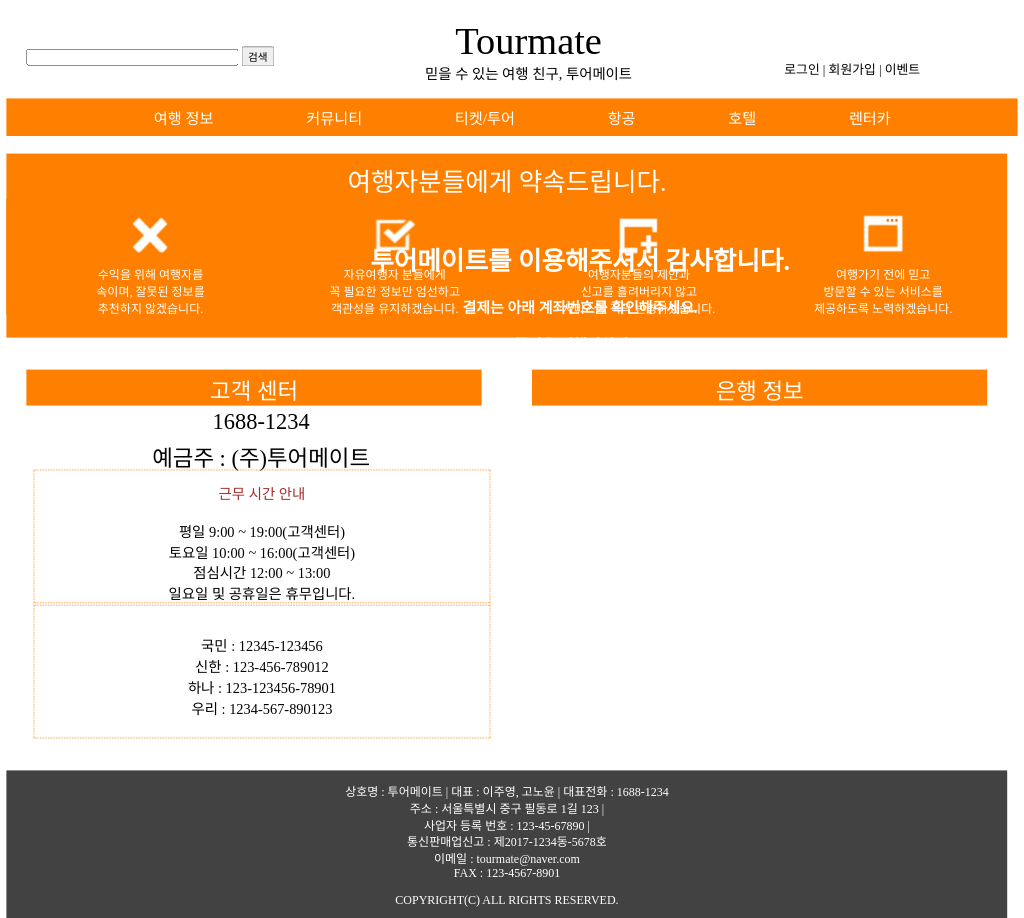
Repository: nohyoonko/2017-2-WP-Tourmate
Page: http://localhost/Tourmate/항공_ok.jsp
An editor plug-in stored every save of this project. The page is shown before and after the next save, followed by the edit.
The browser window is 1280 px wide. The pictures show the whole page, at 80% of full size.
Some web libraries are served in a nearby version. The page is served by Tomcat 9.

Above is the page before, as saved 2017-12-06 13:17:01.

After the next save:
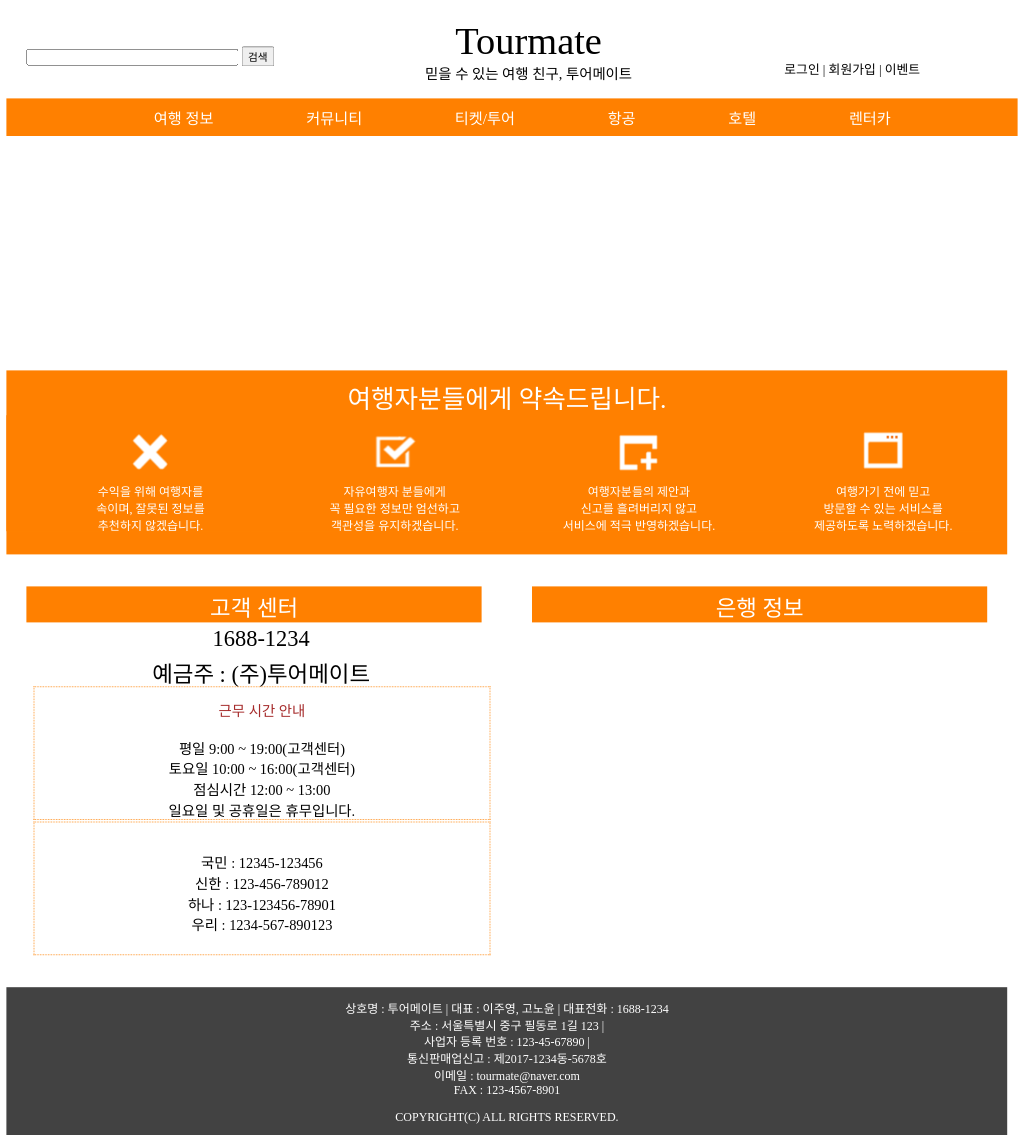
Saved 52 s later.
--- a/eclipse-workspace/Tourmate/WebContent/항공_ok.jsp
+++ b/eclipse-workspace/Tourmate/WebContent/항공_ok.jsp
@@ -7,9 +7,6 @@
 		<script src="http://code.jquery.com/jquery-1.10.1.js"></script>
 		<style>
 		.orangebox {
-         position:absolute;
-         top:280px;
-         left:275px;
          height:250px;
          width:900px;
          color:white;
